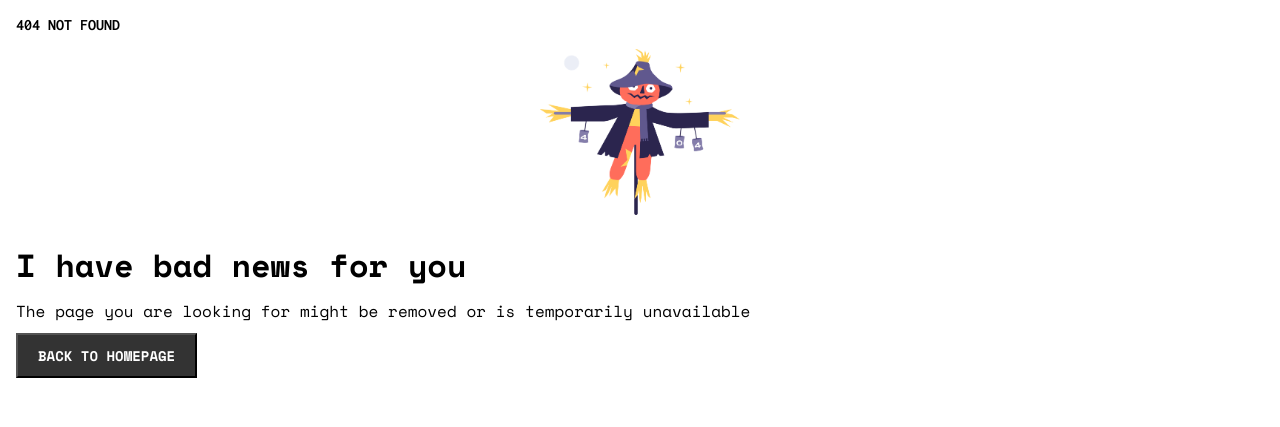
Repository: kellyalves87/404_not_found
Page: index.html
An editor plug-in stored every save of this project. The page is shown before and after the next save, followed by the edit.
The browser window is 1280 px wide. The pictures show the whole page.

Above is the page before, as saved 2021-05-16 15:05:10.

After the next save:
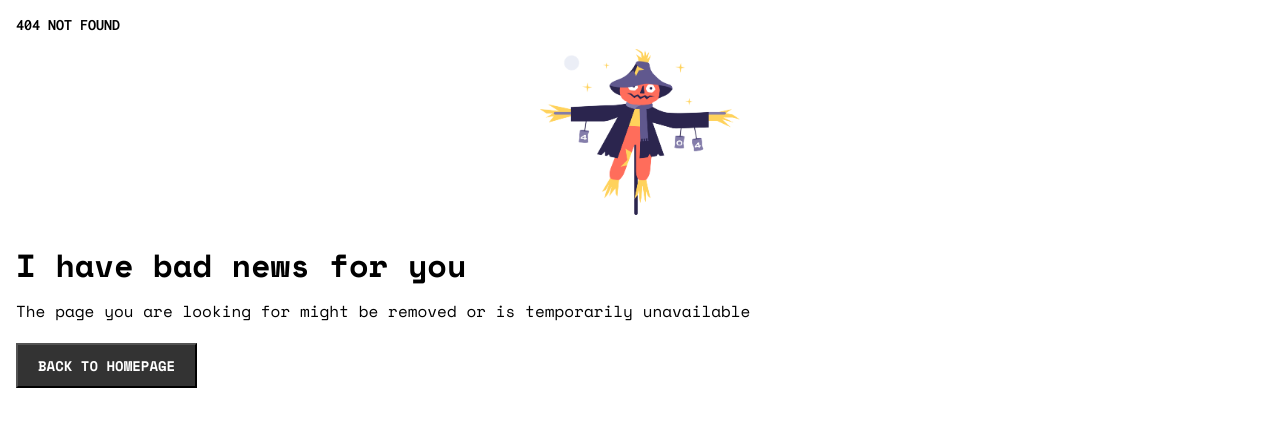
Saved 8 s later.
--- a/style/index.css
+++ b/style/index.css
@@ -32,7 +32,7 @@ img {
 
 .content p {
     font-weight: 400;
-    padding-bottom: 10px;
+    padding-bottom: 20px;
 }
 
 button {
